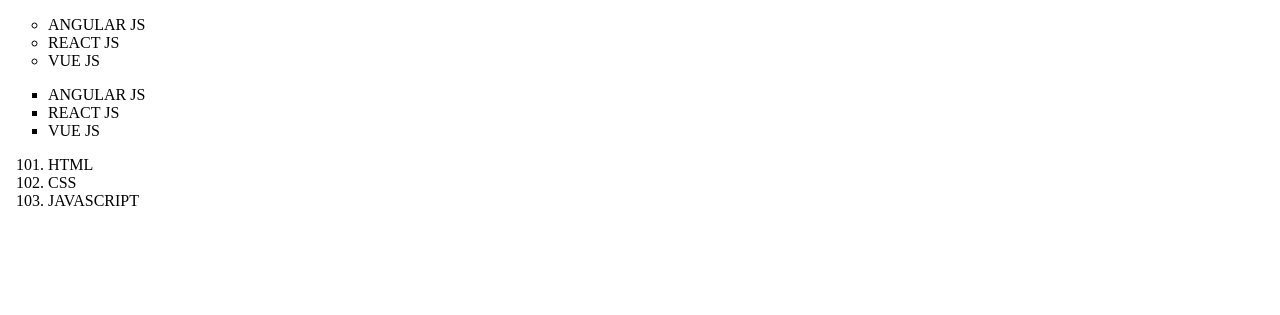
Repository: arindamslt/JEECoding
Page: JEE_FRONTEND/src/main/webapp/03ListWithAttribute.html
An editor plug-in stored every save of this project. The page is shown before and after the next save, followed by the edit.
The browser window is 1280 px wide. The pictures show the whole page.

Above is the page before, as saved 2025-07-15 04:32:13.

### JEE_FRONTEND/src/main/webapp/03ListWithAttribute.html
<!DOCTYPE html>
<html>
<head>
<meta charset="ISO-8859-1">
<title>LIST WITH ATTRIBUTE</title>
</head>
<body>
<ul type="circle">
	<li>ANGULAR JS</li>
	<li>REACT JS</li>
	<li>VUE JS</li>
</ul>
<ul type="square">
	<li>ANGULAR JS</li>
	<li>REACT JS</li>
	<li>VUE JS</li>
</ul>
<ol start="101">
<li>HTML</li>
<li>CSS</li>
<li>JAVASCRIPT</li>
</ol>
</body>
</html>

After the next save:
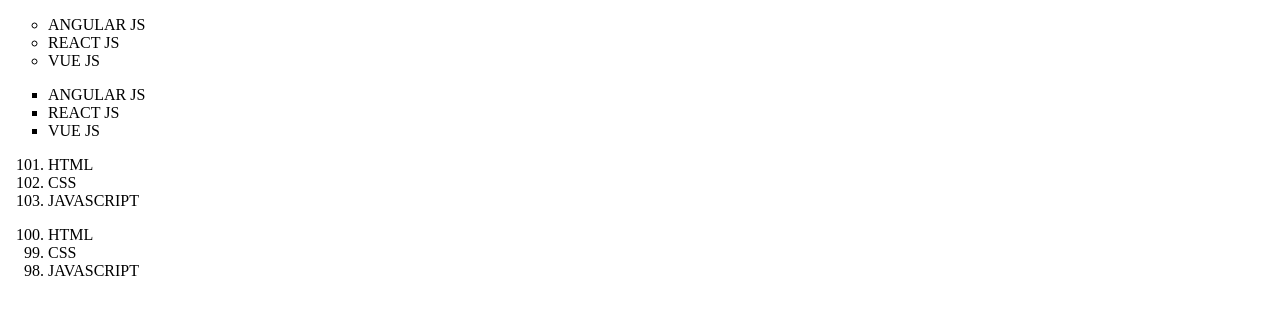
Saved 28 s later.
--- a/JEE_FRONTEND/src/main/webapp/03ListWithAttribute.html
+++ b/JEE_FRONTEND/src/main/webapp/03ListWithAttribute.html
@@ -20,5 +20,10 @@
 <li>CSS</li>
 <li>JAVASCRIPT</li>
 </ol>
+<ol start="100" reversed>
+<li>HTML</li>
+<li>CSS</li>
+<li>JAVASCRIPT</li>
+</ol>
 </body>
 </html>
